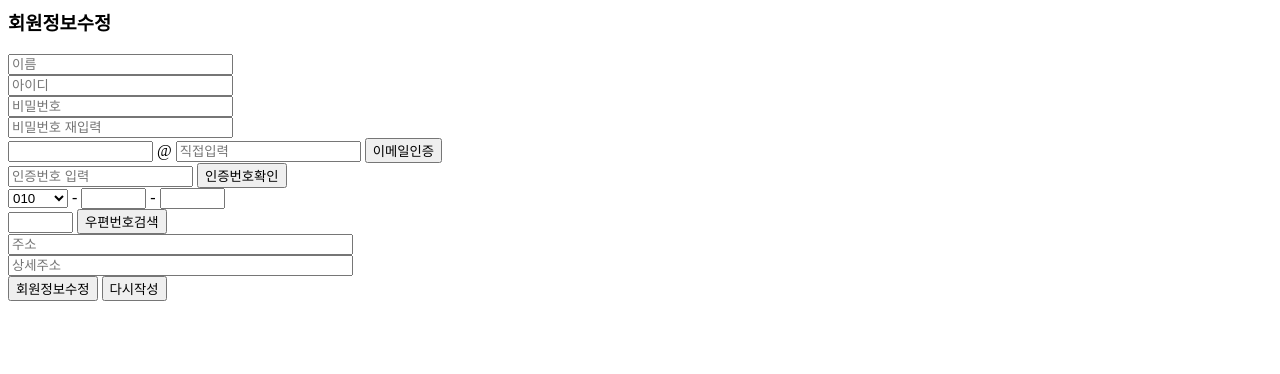
Repository: keepsus/gaebokchi
Page: http://localhost/uzuslime/member/memberModifyForm.jsp
These files come from the project's save history. The page is drawn as it stood at one moment and after the next save; the edit follows.
The browser window is 1280 px wide. The pictures show the whole page.
The page is served by Tomcat 9. Nobody is signed in. The application's start-up code is not run.

Above is the page before, as saved 2021-02-01 02:00:03.

After the next save:
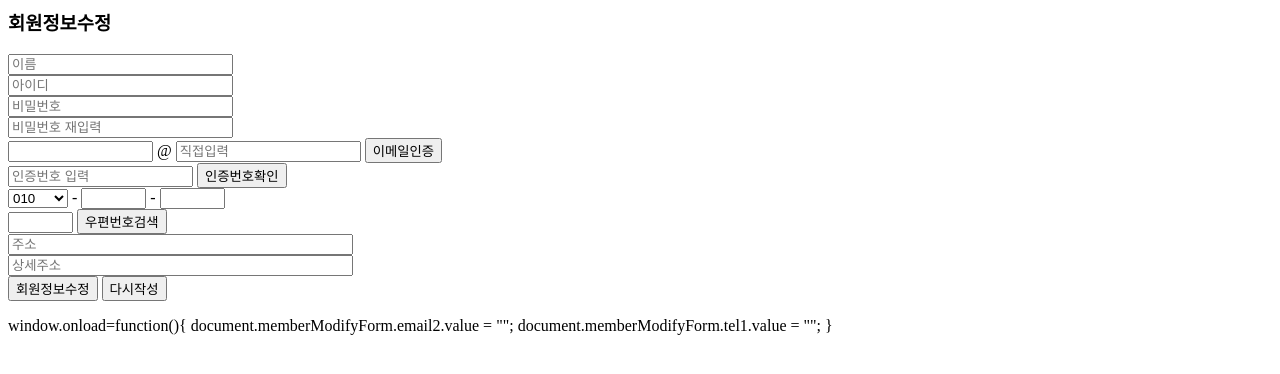
Saved 50 s later.
--- a/uzuslime/src/main/webapp/member/memberModifyForm.jsp
+++ b/uzuslime/src/main/webapp/member/memberModifyForm.jsp
@@ -71,12 +71,11 @@
 </article>
 </form>
 
+window.onload=function(){
+	document.memberModifyForm.email2.value = "${memberDTO.email2 }";
+	document.memberModifyForm.tel1.value = "${memberDTO.tel1 }";
+}
+</script>
 <script type="text/javascript" src="https://code.jquery.com/jquery-3.5.1.min.js"></script>
 <script type="text/javascript" src="../js/member.js"></script>
 <script type="text/javascript">
-
-window.onload=function(){
-	document.memberModifyForm.email2.value = "${memberDTO.email2 }";
-	//document.memberModifyForm.tel1.value = "${memberDTO.tel1 }";
-}
-</script>

After the save that followed:
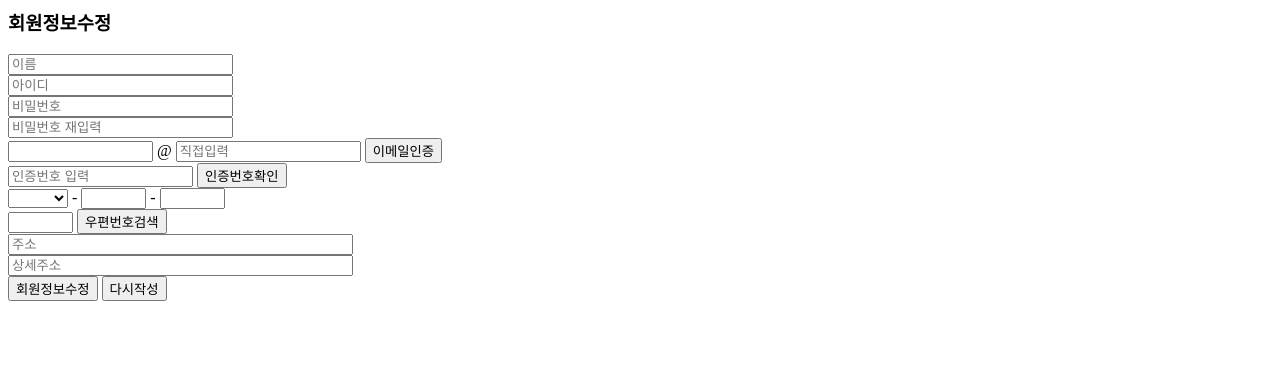
Saved 21 s later.
--- a/uzuslime/src/main/webapp/member/memberModifyForm.jsp
+++ b/uzuslime/src/main/webapp/member/memberModifyForm.jsp
@@ -71,6 +71,8 @@
 </article>
 </form>
 
+<script type="text/javascript">
+
 window.onload=function(){
 	document.memberModifyForm.email2.value = "${memberDTO.email2 }";
 	document.memberModifyForm.tel1.value = "${memberDTO.tel1 }";
@@ -78,4 +80,3 @@
 </script>
 <script type="text/javascript" src="https://code.jquery.com/jquery-3.5.1.min.js"></script>
 <script type="text/javascript" src="../js/member.js"></script>
-<script type="text/javascript">
